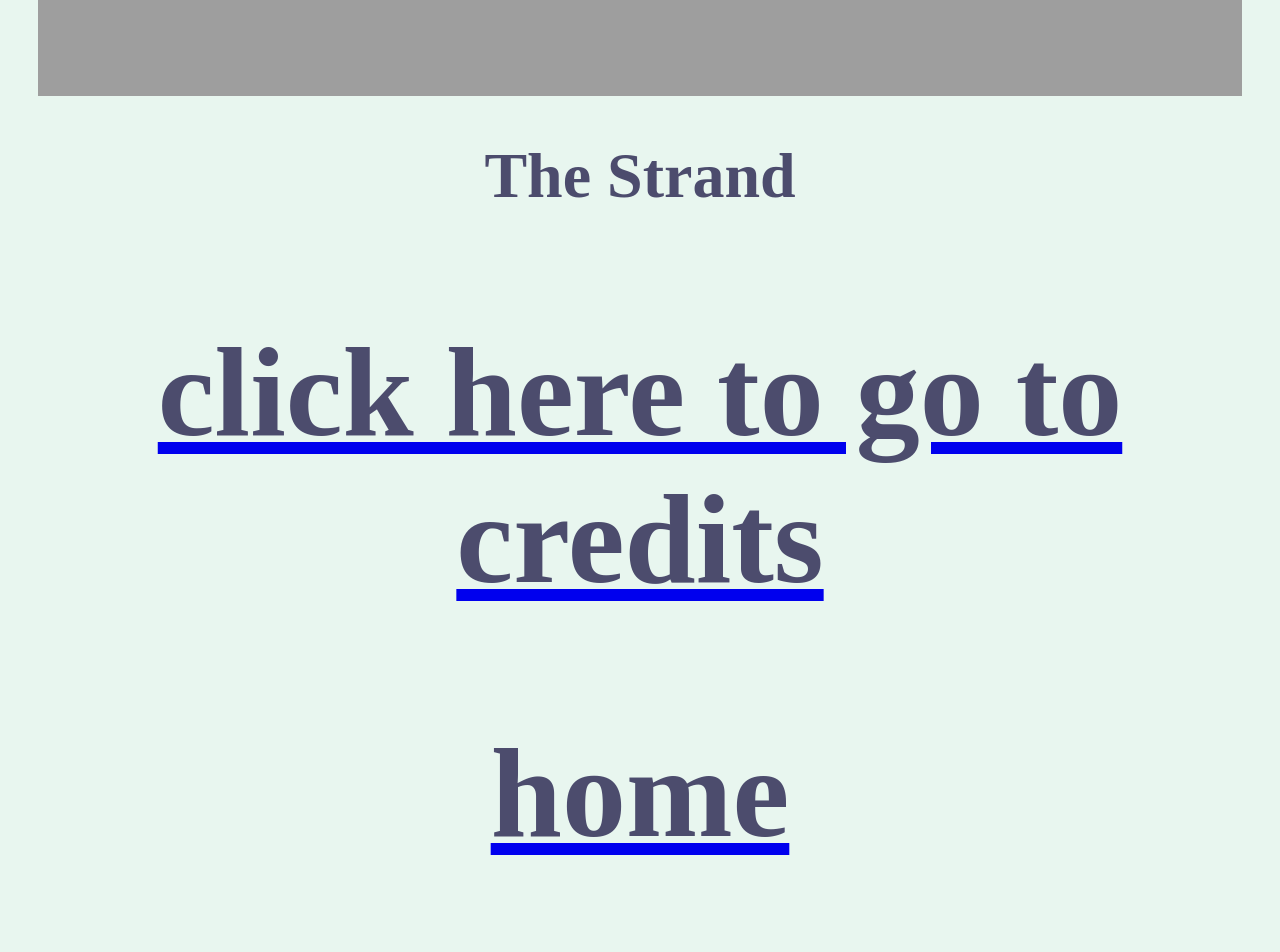
Repository: neomort/comm-lab-vid-site
Page: watch.html
These files come from the project's save history. The page is drawn as it stood at one moment and after the next save; the edit follows.
The browser window is 1280 px wide. The pictures show the part of the page from y = 611 to 1563 px (the page is 1563 px tall before and 1260 px after).
Pictures or frames that could not be fetched are drawn as grey boxes.

Above is the page before, as saved 2021-09-23 16:42:59.

After the next save:
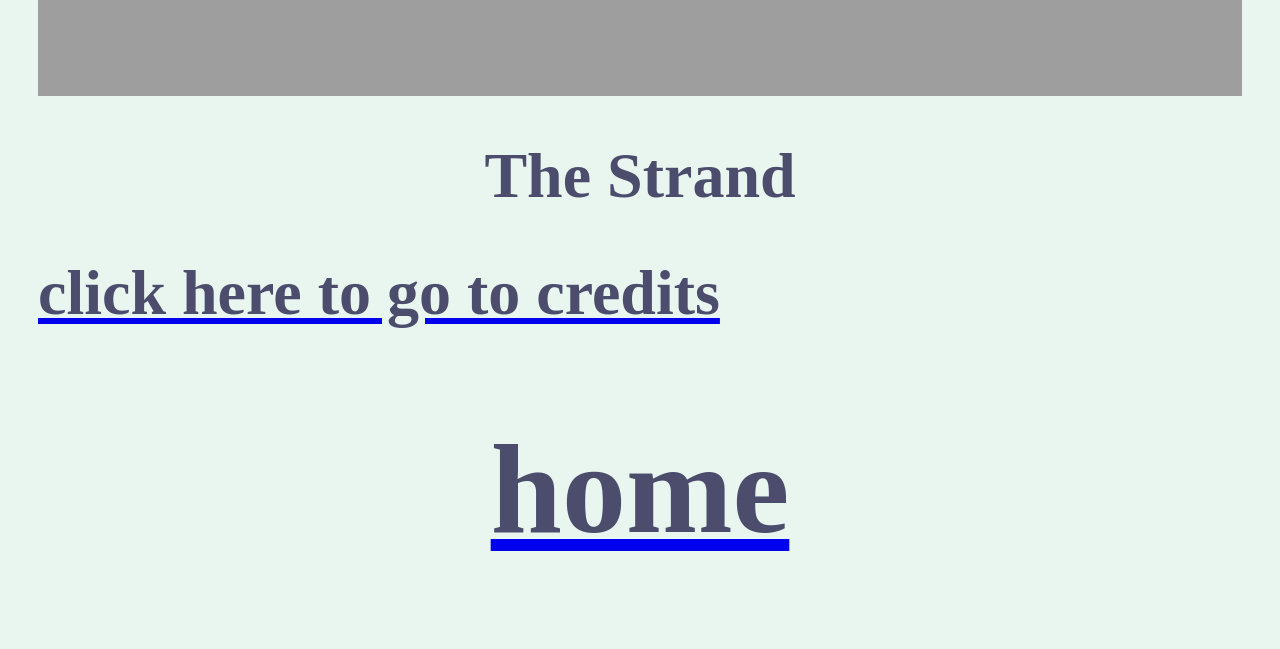
Saved 13 s later.
--- a/watch.html
+++ b/watch.html
@@ -15,7 +15,7 @@
       </div>
       <h1 class="header-text text-dark font">The Strand<h1>
 
-    <a href="credits.html"><h2 class="header-text text-dark font">click here to go to credits</h2></a>
+    <a href="credits.html"><h1 class="text-dark font">click here to go to credits</h1></a>
     <a href="index.html"><h1 class="header-text text-dark font">home</h1></a>
   </div>
   </div>
